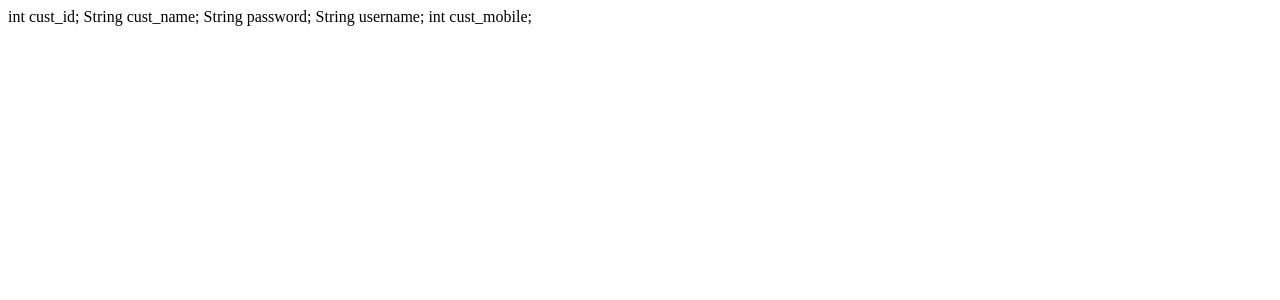
Repository: priyankamergu/MyAllProjects
Page: http://localhost/OnlineShopping/Register.jsp
These files come from the project's save history. The page is drawn as it stood at one moment and after a run of saves; the edit follows.
The browser window is 1280 px wide. The pictures show the whole page.
The page is served by Tomcat 9. Other server files are loaded and not shown.

Above is the page before, as saved 2019-11-20 08:49:49.

### Workspace_JEE7_WEB/OnlineShopping/WebContent/Register.jsp
<%@ page language="java" contentType="text/html; charset=ISO-8859-1"
    pageEncoding="ISO-8859-1"%>
<!DOCTYPE html>
<html>
<head>
<meta charset="ISO-8859-1">
<title>Insert title here</title>
</head>
<body>




	int cust_id;
	String cust_name;
	String password;
	String username;
	int cust_mobile;

</body>
</html>

After the next 2 saves:
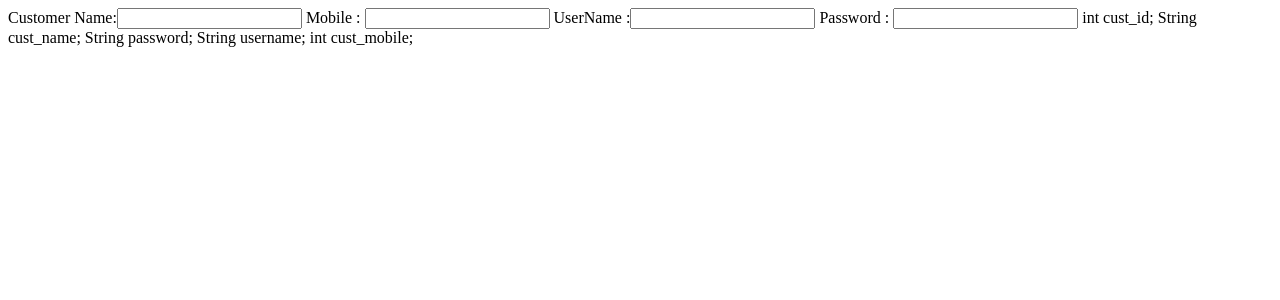
The 2 saves are shown as one change because they came seconds apart.
The last was saved 105 s later.
--- a/Workspace_JEE7_WEB/OnlineShopping/WebContent/Register.jsp
+++ b/Workspace_JEE7_WEB/OnlineShopping/WebContent/Register.jsp
@@ -7,7 +7,10 @@
 <title>Insert title here</title>
 </head>
 <body>
-
+Customer Name:<input type="text" name="cname">
+Mobile : <input type="text" name="mobile">
+UserName :<input type="text" name="uname">
+Password : <input type="text" name="pass">
 
 
 
